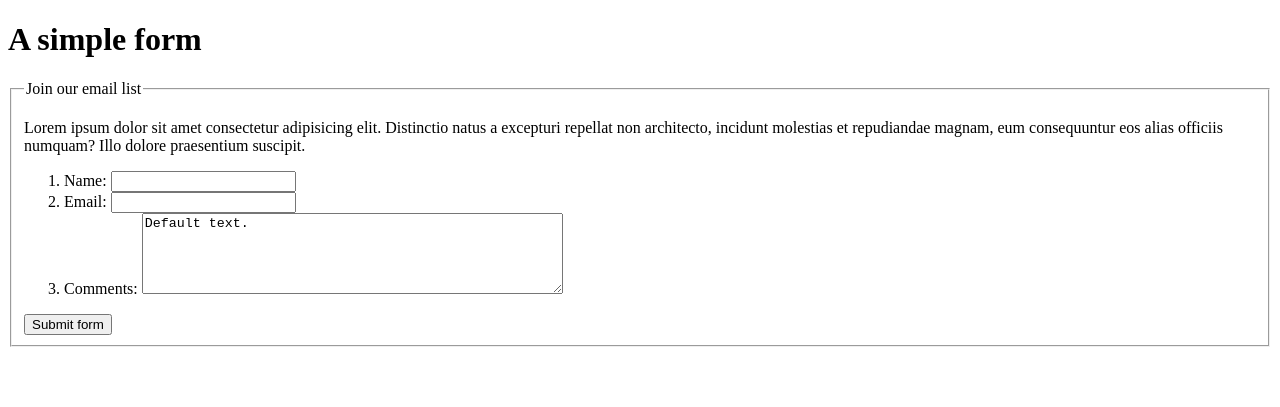
Repository: Colo-Codes/code-practice
Page: 01-html-practice-10.html
The author's editor kept a copy of each file at every save. The page is drawn from the files as they stood at one save, then again after the next save.
The browser window is 1280 px wide. The pictures show the whole page.

Above is the page before, as saved 2021-04-29 12:44:59.

After the next save:
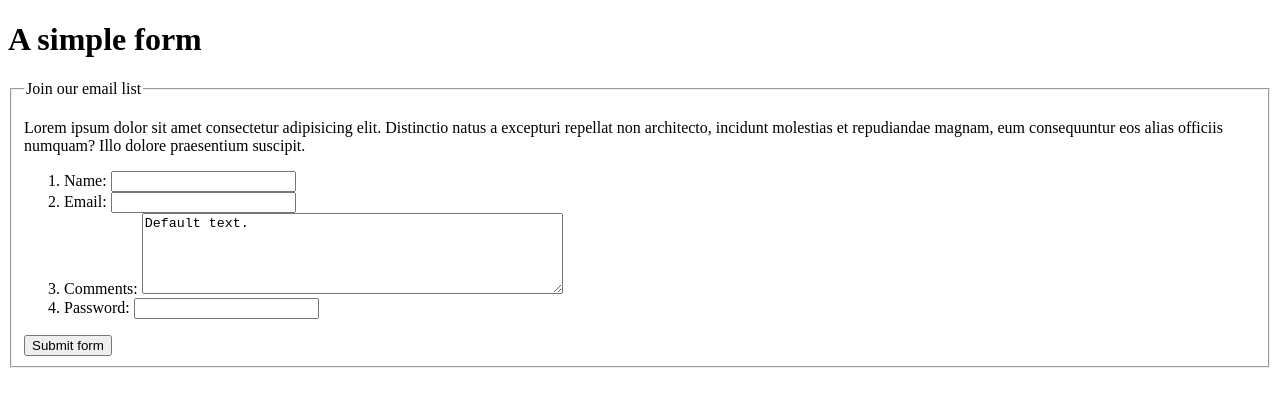
Saved 31 min 44 s later.
--- a/01-html-practice-10.html
+++ b/01-html-practice-10.html
@@ -25,6 +25,10 @@
                     <label for="comments">Comments: </label>
                     <textarea name="commentsBox" rows="5" cols="50">Default text.</textarea>
                 </li>
+                <li>
+                    <label for="pass">Password: </label>
+                    <input type="password">
+                </li>
             </ol>
             <input type="submit" value="Submit form">
         </fieldset>
